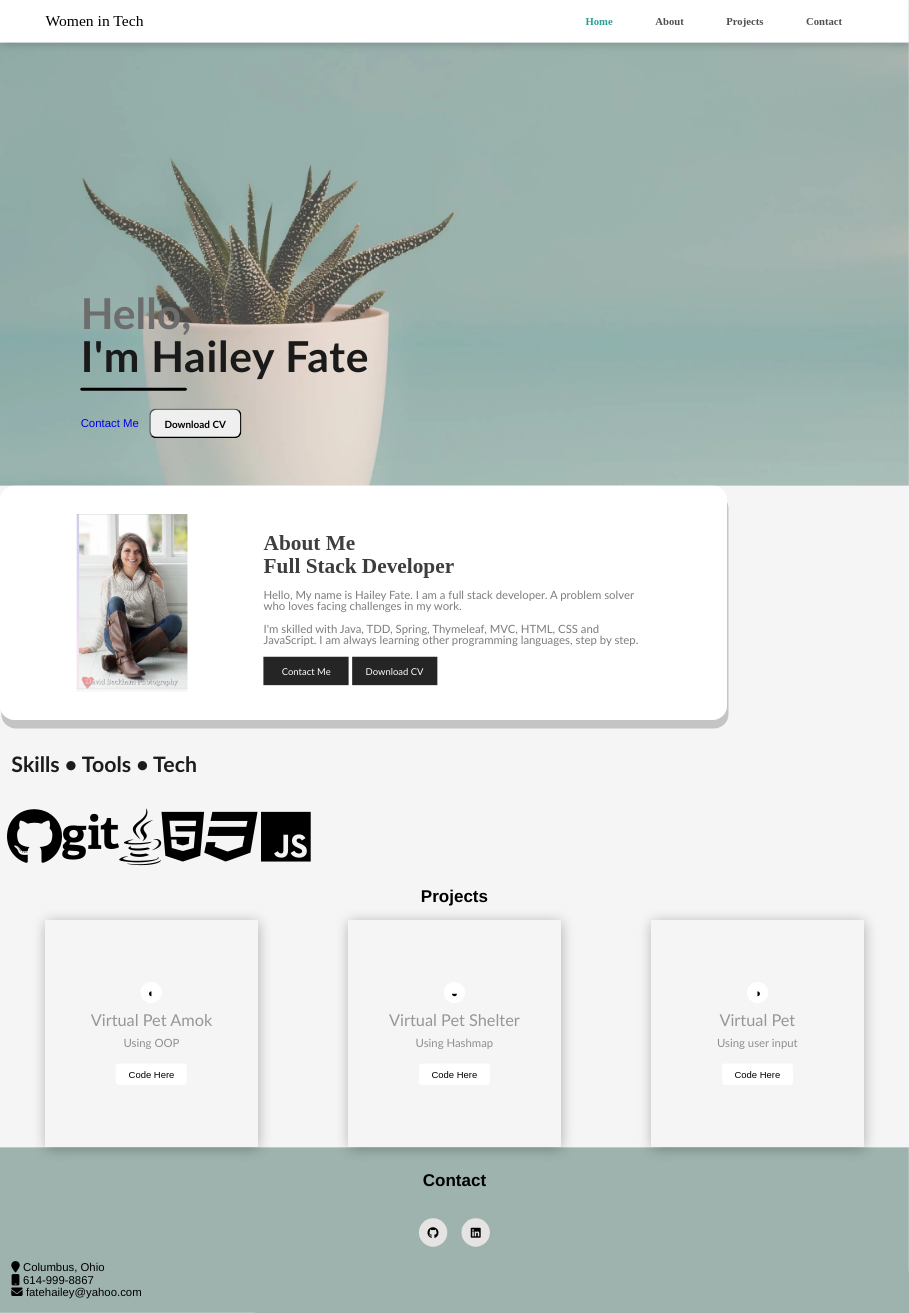
Repository: fatehailey/fatehailey.github.io
Page: index.html
An editor plug-in stored every save of this project. The page is shown before and after the next save, followed by the edit.
The browser window is 1280 px wide. The pictures show the whole page, at 71% of full size.
Some web libraries are served in a nearby version.

Above is the page before, as saved 2022-07-25 15:10:07.

After the next save:
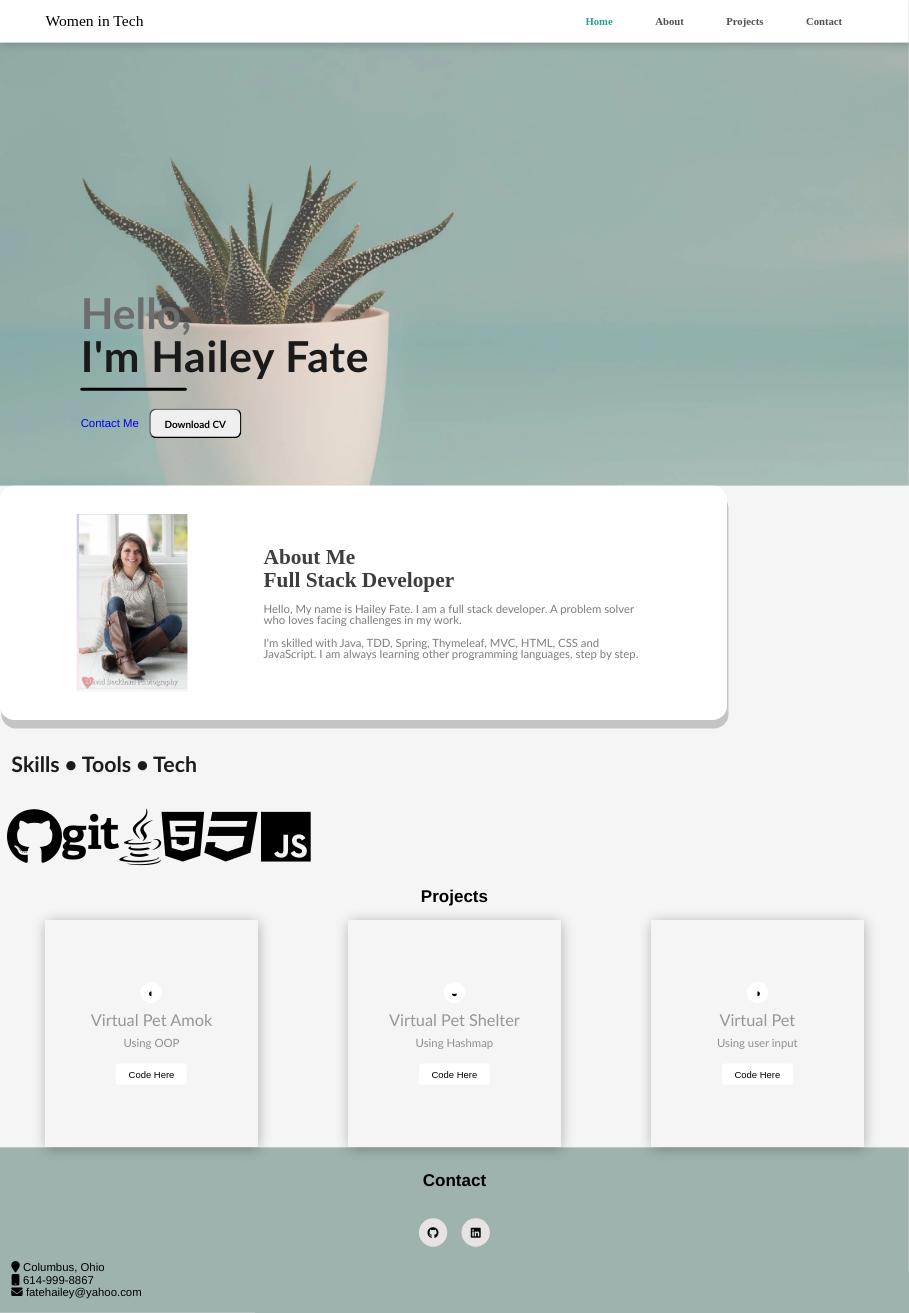
Saved 23 s later.
--- a/index.html
+++ b/index.html
@@ -44,8 +44,6 @@
             my work. </p>
         <p>I'm skilled with Java, TDD, Spring, Thymeleaf, MVC, HTML, CSS and JavaScript. I am always learning other
             programming languages, step by step.</p>
-        <button id="contacts">Contact Me</button>
-        <button onclick="Resume -JAVA.pdf">Download CV</button>
     </div>
 </div>
 
